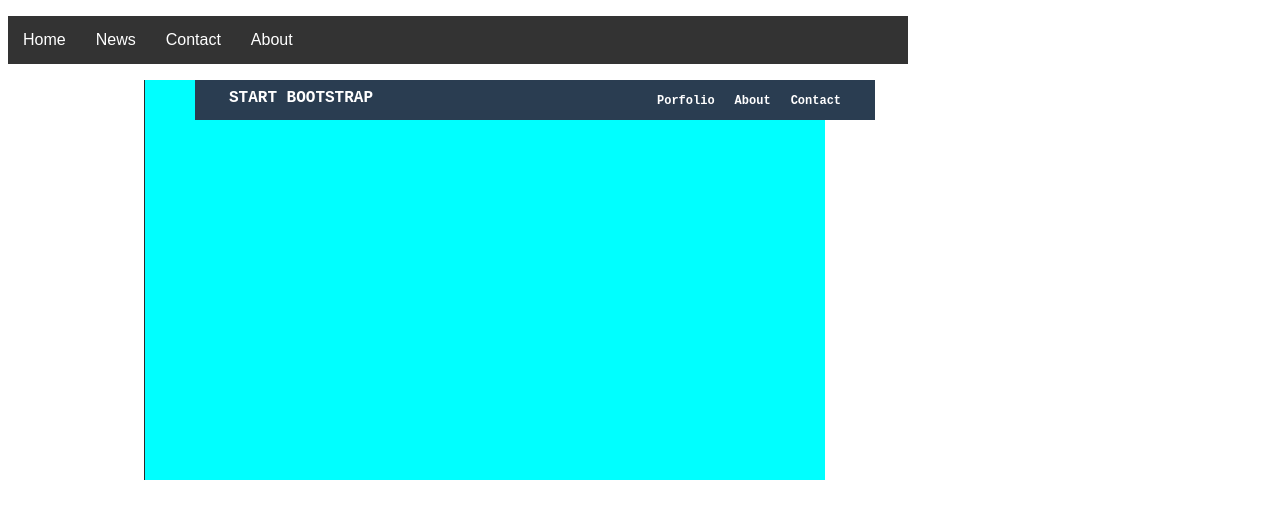
Repository: LongNguyen2504/T3H-FrondEnd
Page: Lesson3_CSS_HomeWork3.html
The author's editor kept a copy of each file at every save. The page is drawn from the files as they stood at one save, then again after the next save.
The browser window is 1280 px wide. The pictures show the whole page.

Above is the page before, as saved 2021-12-01 22:55:58.

### Lesson3_CSS_HomeWork3.html
<!DOCTYPE html>
<html lang="en">
<head>
    <meta charset="UTF-8">
    <meta http-equiv="X-UA-Compatible" content="IE=edge">
    <meta name="viewport" content="width=device-width, initial-scale=1.0">
    <title>Document</title>
    <link rel="stylesheet" href="Lesson3_CSS_HomeWork3.css">
</head>
<body>
    <div class="ancestor-div">
        <div class="menu-div">
            <div class="menu-content">
                <ul class="ul-menu">
                    <li class="li-menu"><a class="a-menu" href="#1">Home</a></li>
                    <li class="li-menu"><a class="a-menu" href="#1">News</a></li>
                    <li class="li-menu"><a class="a-menu" href="#1">Contact</a></li>
                    <li class="li-menu"><a class="a-menu" href="#1">About</a></li>
                </ul>
            </div>
        </div>
        <div class="nested-div">
            <div class="menu-bootstrap">
                <div class="menu-bootstrap-content1">
                    START BOOTSTRAP
                </div>
                <div class="menu-bootstrap-content2">
                    <ul class="ul-menu">
                        <li class="li-menu"><a class="a-menu-2" href="#1">Porfolio</a></li>
                        <li class="li-menu"><a class="a-menu-2" href="#1">About</a></li>
                        <li class="li-menu"><a class="a-menu-2" href="#1">Contact</a></li>

                    </ul>
                </div>
            </div>
        </div>
    </div>
</body>
</html>

### Lesson3_CSS_HomeWork3.css
div.ancestor-div{
    width: 900px;
    height: 400px;
    font-family: Arial, Helvetica, sans-serif;
}
div.menu-div{
    height: 48px;
    background-color: #333333 ;
}
div.menu-content{
    position: relative;
    left: -40px;
    width: 800px;
    height: 48px;
}
div.nested-div{
    width: 680px;
    height: 400px;
    background-color: aqua;
    position: absolute;
    left: 144px;
    top: 80px;
    border-left: 1px solid #2a2a2a;
}
div.menu-bootstrap{
    width: 680px;
    height: 40px;
    background-color: #2a3d51;
    position: relative;
    left: 50px;
}
div.menu-bootstrap-content1{
    width: 200px;
    height: 30px;
    position: absolute;
    left: 6px;
    top: 9px;

    text-align: center;
    color: white;
    font-weight: bold;
    font-family: 'Courier New', Courier, monospace;
}
div.menu-bootstrap-content2{
    width: 300px;
    height: 30px;
    position: absolute;
    left: 412px;

    top: -12px;

}
ul.ul-menu{
    list-style-type: none;

}
.li-menu {
 float: left;
}
a.a-menu{
    display: inline-block;
    padding: 15px;
    color: white;
    text-decoration: none;
    text-align: center;

}
.a-menu:hover{
    background-color: #4caf50;
}
a.a-menu-2{
    display: inline-block;
    padding: 10px;
    text-align: center;
    color: white;
    text-decoration: none;
    font-size: 12px;
    font-family: 'Courier New', Courier, monospace;
    font-weight: bold;
}
a.a-menu-2:hover{
    background-color: #19232f;
}

After the next save:
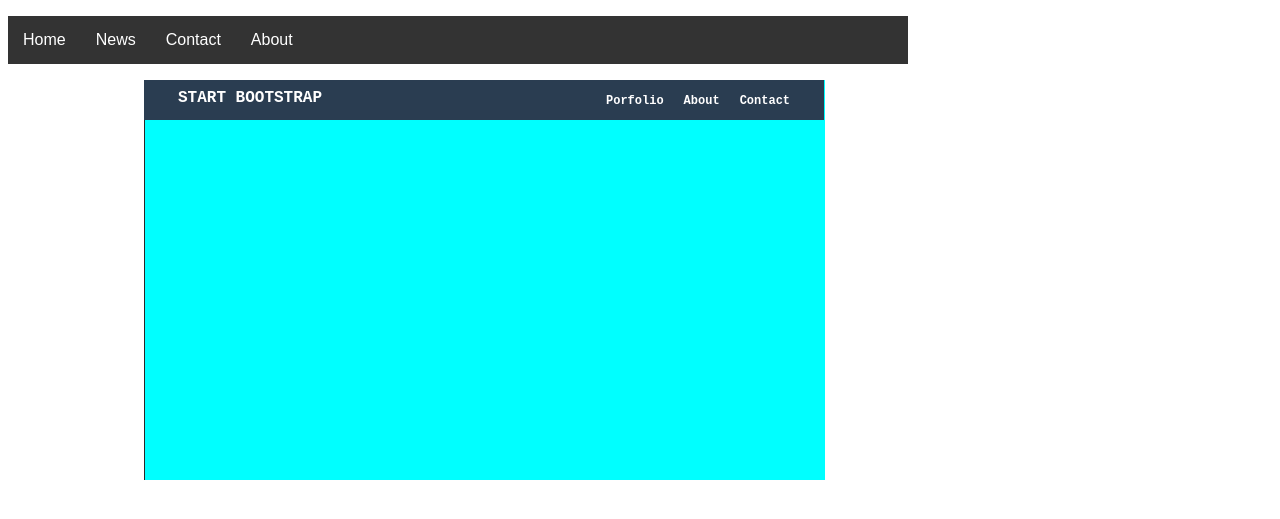
Saved 20 s later.
--- a/Lesson3_CSS_HomeWork3.css
+++ b/Lesson3_CSS_HomeWork3.css
@@ -27,7 +27,7 @@ div.menu-bootstrap{
     height: 40px;
     background-color: #2a3d51;
     position: relative;
-    left: 50px;
+    left: -1px;
 }
 div.menu-bootstrap-content1{
     width: 200px;
